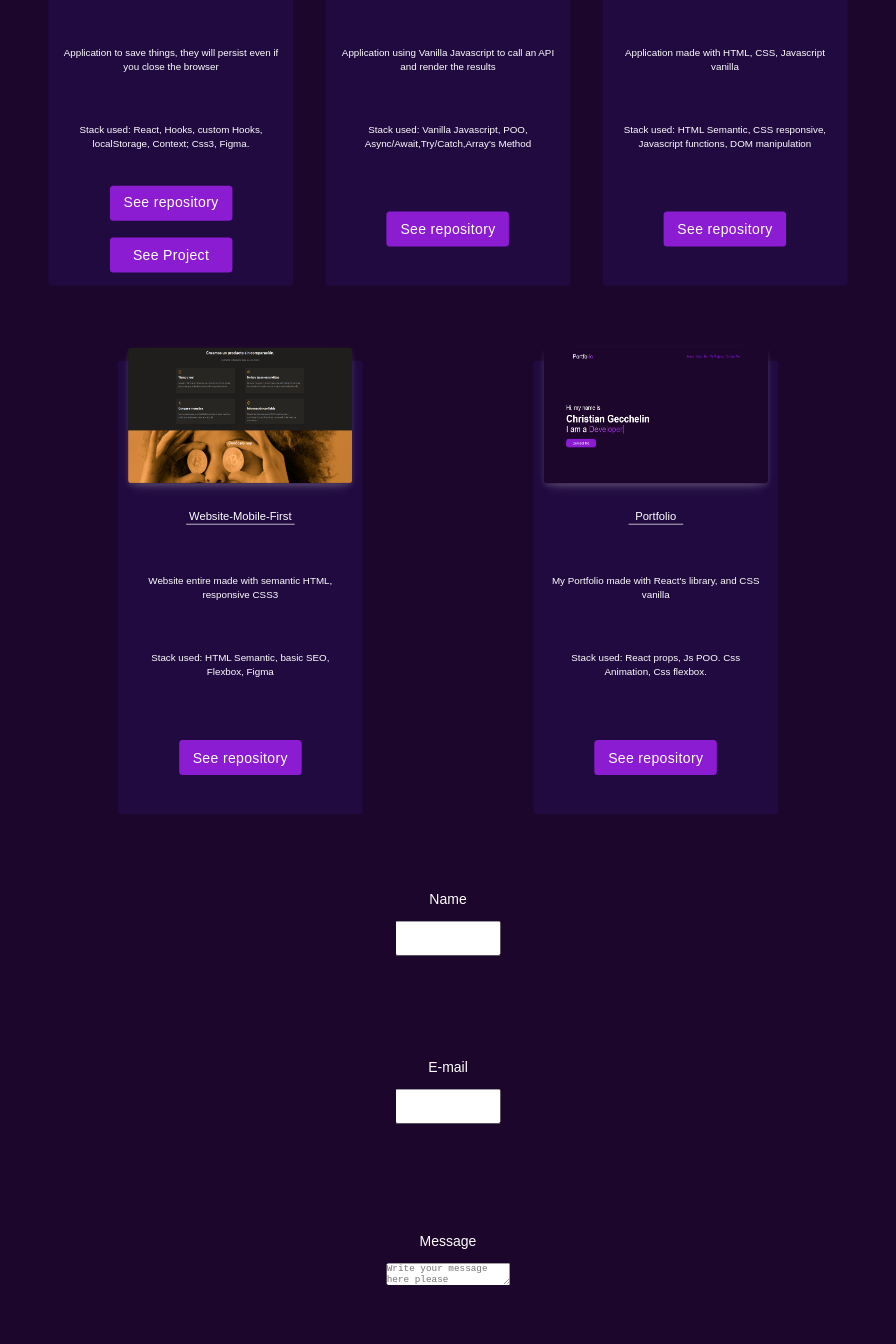
Repository: ChristianGecchelin/portfolio-web
Page: /
The author's editor kept a copy of each file at every save. The page is drawn from the files as they stood at one save, then again after the next save.
The browser window is 1280 px wide. The pictures show the part of the page from y = 1715 to 3635 px (the page is 3635 px tall), at 70% of full size.
The project was rebuilt for these pictures with package versions that can differ from the ones it lists, and the page was loaded fresh each time.

Above is the page before, as saved 2022-01-22 17:16:58.

### public/index.html
<!DOCTYPE html>
<html lang="en">
  <head>
    <meta charset="utf-8" />
    <link rel="icon" href="%PUBLIC_URL%/favicon.ico" />
    <meta name="viewport" content="width=device-width, initial-scale=1" />
    <meta name="theme-color" content="#000000" />
    <meta name="description" content="Portfolio Online Christian Gecchelin" />
    <link rel="apple-touch-icon" href="%PUBLIC_URL%/logo192.png" />

    <link rel="manifest" href="%PUBLIC_URL%/manifest.json" />

    <title>Portfolio Christian</title>
  </head>
  <body>
    <noscript>You need to enable JavaScript to run this app.</noscript>
    <div id="root"></div>
  </body>
</html>

### src/index.js
import React from "react";
import ReactDOM from "react-dom";

import App from "./App/index";
import "./index.css";
ReactDOM.render(<App />, document.getElementById("root"));

### src/App/index.js
import { AppUI } from "./AppUI";
import "./App.css";

function App() {
  return <AppUI></AppUI>;
}

export default App;

### src/index.css
* {
  box-sizing: border-box;
  margin: 0;
  padding: 0;
}
html {
  font-size: 62.5%;
  font-family: "DM Sans", sans-serif;
}
body {
  background: #1d062b;
  width: 100%;
  height: 100vh;
}

### src/App/AppUI.js
import React from "react";
import { Header } from "../Header/Index.js";
import { Home } from "../Home/Index.js";
import { AboutMe } from "../AboutMe/index.js";
import { MyProjects } from "../MyProjects/index.js";
import { ContactMe } from "../ContactMe/index.js";
import "./App.css";

function AppUI() {
  return (
    <>
      <Header />
      <Home />
      <AboutMe />
      <MyProjects />
      <ContactMe />
    </>
  );
}
export { AppUI };

### src/Header/Index.js
import React from "react";
import { NavBar } from "./NavBar";
import "./header.css";

function Header() {
  return (
    <header>
      <h1>
        Portfo<span>lio.</span>
      </h1>
      <NavBar />
    </header>
  );
}
export { Header };

### src/Home/Index.js
import React from "react";
import "./Home.css";
function Home() {
  return (
    <section className="Home-container">
      <div className="text-container">
        <p className="first-lineText">Hi, my name is</p>
        <p className="principal-lineText">Christian Gecchelin</p>
        <p className="secondary-lineText">I am a</p>
        <div className="span-container">
          <span data-text="Developer">Developer </span>
        </div>
      </div>
      <button type="button" className="contact-button">
        Contact Me
      </button>
    </section>
  );
}
export { Home };

### src/AboutMe/index.js
import React from "react";
import "./AboutMe.css";
import profile from "../Assets/profile.jpg";
function AboutMe() {
  return (
    <section className="AboutMe-container">
      <div className="image-container">
        <img
          className="image"
          src={profile}
          alt="Christian Gecchelin"
          title="Christian Gecchelin"
        ></img>
      </div>
      <div className="information-container">
        <p className="">
          Hi I'm Christian, I am a <b>ReactJs</b> junior developer. You can see
          all my projects in the next slide. I have project based on frontEnd
          technologies like HTML5, CSS3, vanilla JavaScript and also ReactJs.
          I'm looking for my first professional experience as an employee.
        </p>
        <button>Curriculum</button>
      </div>
    </section>
  );
}
export { AboutMe };

### src/MyProjects/index.js
import React from "react";
import ToDoApp from "../Assets/to-do-app.png";
import Rick from "../Assets/rick.png";
import Calculator from "../Assets/calculator.png";
import Mobile from "../Assets/mobile.png";
import Portfolio from "../Assets/portfolio.png";
import "./MyProjects.css";
function MyProjects() {
  return (
    <section className="project-section">
      <div className="vh-container">
        <div className="project-card">
          <img
            className="card-image"
            src={ToDoApp}
            alt="ToDoAppImage"
            title="ToDoAppImage"
          ></img>
          <div className="card-text-container">
            <h3 className="card-title">To-Do-App</h3>
            <p className="card-text">
              Application to save things, they will persist even if you close
              the browser
            </p>
            <p className="card-text">
              Stack used: React, Hooks, custom Hooks, localStorage, Context;
              Css3, Figma.
            </p>
          </div>
          <div className="button-container">
            <button>See repository</button>
            <button>See Project</button>
            {/* Crear componentes botones */}
          </div>
        </div>
      </div>
      <div className="vh-container">
        <div className="project-card">
          <img
            className="card-image"
            src={Rick}
            alt="ToDoAppImage"
            title="ToDoAppImage"
          ></img>
          <div className="card-text-container">
            <h3 className="card-title xl">Rick And Morty</h3>
            <p className="card-text">
              Application using Vanilla Javascript to call an API and render the
              results
            </p>
            <p className="card-text">
              Stack used: Vanilla Javascript, POO, Async/Await,Try/Catch,Array's
              Method
            </p>
          </div>
          <div className="button-container">
            <button>See repository</button>
            {/* Crear componentes botones */}
          </div>
        </div>
      </div>
      <div className="vh-container">
        <div className="project-card">
          <img
            className="card-image"
            src={Calculator}
            alt="ToDoAppImage"
            title="ToDoAppImage"
          ></img>
          <div className="card-text-container">
            <h3 className="card-title">Calculator</h3>
            <p className="card-text">
              Application made with HTML, CSS, Javascript vanilla
            </p>
            <p className="card-text">
              Stack used: HTML Semantic, CSS responsive, Javascript functions,
              DOM manipulation
            </p>
          </div>
          <div className="button-container">
            <button>See repository</button>
            {/* Crear componentes botones */}
          </div>
        </div>
      </div>
      <div className="vh-container">
        <div className="project-card">
          <img
            className="card-image"
            src={Mobile}
            alt="ToDoAppImage"
            title="ToDoAppImage"
          ></img>
          <div className="card-text-container">
            <h3 className="card-title xl">Website-Mobile-First</h3>
            <p className="card-text">
              Website entire made with semantic HTML, responsive CSS3
            </p>
            <p className="card-text">
              Stack used: HTML Semantic, basic SEO, Flexbox, Figma
            </p>
          </div>
          <div className="button-container">
            <button>See repository</button>
            {/* Crear componentes botones */}
          </div>
        </div>
      </div>
      <div className="vh-container">
        <div className="project-card">
          <img
            className="card-image"
            src={Portfolio}
            alt="Portfolio"
            title="Portfolio"
          ></img>
          <div className="card-text-container">
            <h3 className="card-title">Portfolio</h3>
            <p className="card-text">
              My Portfolio made with React's library, and CSS vanilla
            </p>
            <p className="card-text">
              Stack used: React props, Js POO. Css Animation, Css flexbox.
            </p>
          </div>
          <div className="button-container">
            <button>See repository</button>
            {/* Crear componentes botones */}
          </div>
        </div>
      </div>
    </section>
  );
}
export { MyProjects };

### src/ContactMe/index.js
import React from "react";
import "./ContactMe.css";
function ContactMe() {
  return (
    <section className="ContactMe-container">
      <div className="form-container">
        <form>
          <div className="form-section-container">
            <label>Name</label>
            <input type={"text"}></input>
          </div>
          <div className="form-section-container">
            <label>E-mail</label>
            <input type={"email"}></input>
          </div>
          <div className="form-section-container">
            <label>Message</label>
            <textarea placeholder="Write your message here please"></textarea>
          </div>
        </form>
      </div>
      <div className="socialNetwork-container">
        <div className="card-container">
          <img></img>
        </div>
        <div className="card-container">
          <img></img>
        </div>
        <div className="card-container">
          <img></img>
        </div>
      </div>
    </section>
  );
}
export { ContactMe };

### src/Header/NavBar/index.js
import React from "react";
import { MobileNavigation } from "./MobileNavigation";
import { Navigation } from "./Navigation";
import "./NavBar.css";
function NavBar() {
  return (
    <div className="NavBar">
      <MobileNavigation />
      <Navigation />
    </div>
  );
}
export { NavBar };

### src/Header/header.css
header {
  display: flex;
  flex-direction: row;
  justify-content: space-around;
  align-items: center;
  gap: 5%;
  width: 100%;
  height: 15vh;
}
header h1 {
  margin: 0;
  width: 20%;
  min-width: 200px;
  font-size: 3.5rem;
  letter-spacing: 1px;
  font-weight: 500;
  color: #fff;
}
header h1 span {
  background: linear-gradient(147deg, #ce93d8 0%, #8c1cd1 74%);
  background-clip: text;
  color: transparent;
  font-weight: 500;
}
@media (max-width: 750px) {
  header {
    justify-content: center;
    gap: 0;
  }
}

### src/Home/Home.css
.Home-container {
  position: relative;
  display: flex;
  flex-direction: column;
  justify-content: center;
  align-items: flex-start;
  width: 80%;
  min-width: 280px;
  height: 85vh;
  margin: 0 auto;
  gap: 30px;
}
.Home-container .text-container {
  display: flex;
  flex-direction: row;
  align-items: flex-start;
  flex-wrap: wrap;
  width: 100%;
  height: auto;
  text-align: left;
}
.Home-container .text-container .first-lineText {
  width: 100%;
  font-size: 3.5rem;
  font-weight: 500;
  line-height: 6rem;
  color: #fff;
}
.Home-container .text-container .principal-lineText {
  width: 100%;
  font-size: 6rem;
  font-weight: 700;
  color: #fff;
}
.Home-container .text-container .secondary-lineText {
  font-size: 5rem;
  font-weight: 500;
  color: #fff;
  line-height: 5.2rem;
}
.span-container {
  position: relative;
  display: inline-block;
  margin-left: 15px;
  height: 52px;
}
.Home-container .text-container span {
  /* color: #1d062b;
  -webkit-text-stroke: 0.3vw yellow; */
  font-size: 5rem;
  font-weight: 500;
  line-height: 5.2rem;
  color: #1d062b;
}
.Home-container .text-container span::before {
  content: attr(data-text);
  position: absolute;
  top: 0;
  left: 0px;
  width: 0;
  height: 100%;
  padding-right: 3.9px;
  background: linear-gradient(147deg, #ce93d8 0%, #8c1cd1 74%);
  background-clip: text;
  color: transparent;
  border-right: 5px solid #8c1cd1;
  overflow: hidden;
  animation: animate 6s linear infinite;
}
.Home-container .contact-button {
  outline: none;
  width: 200px;
  height: 50px;
  background: #8c1cd1;
  border: none;
  border-radius: 15px;
  color: white;
  font-size: 2rem;
  letter-spacing: 1px;
  cursor: pointer;
}
@keyframes animate {
  0%,
  10%,
  100% {
    width: 0%;
  }
  70%,
  90% {
    width: 100%;
  }
}
@media (max-width: 769px) {
  .Home-container {
    align-items: center;
  }
  .Home-container .text-container {
    justify-content: center;
    text-align: center;
    align-items: center;
  }
}

### src/AboutMe/AboutMe.css
.AboutMe-container {
  display: flex;
  flex-direction: row;
  justify-content: center;
  align-items: center;
  flex-wrap: wrap;
  width: 90%;
  min-width: 300px;
  height: 100vh;
  margin: 0 auto;
}
.AboutMe-container .image-container {
  width: 50%;
  height: 50%;
  min-width: 320px;
}
.AboutMe-container .image-container .image {
  object-fit: cover;
  width: 100%;
  height: 100%;
}
.AboutMe-container .information-container {
  display: flex;
  flex-direction: column;
  justify-content: center;
  align-items: center;
  width: 50%;
  height: 50%;
  min-width: 320px;
  text-align: justify;
  gap: 30px;
}
.AboutMe-container .information-container p {
  font-size: 1.6rem;
  line-height: 2.2rem;
  font-weight: 400;
  color: #fff;
}
.AboutMe-container .information-container button {
  width: 200px;
  height: 50px;
  background: #8c1cd1;
  border: none;
  border-radius: 15px;
  color: white;
  font-size: 2rem;
  letter-spacing: 1px;
  cursor: pointer;
  margin: 0 auto;
}
@media (min-width: 700px) {
  .AboutMe-container {
    gap: 20px;
    flex-wrap: nowrap;
  }
  .AboutMe-container .image-container {
    width: 45%;
    height: 100%;
  }
  .AboutMe-container .information-container {
    height: 100%;
  }
}

### src/MyProjects/MyProjects.css
.project-section {
  display: flex;
  flex-direction: row;
  flex-wrap: wrap;
  align-items: center;
  justify-content: center;
  height: auto;
  min-width: 320px;
  margin: 0 auto;
}
.project-section .vh-container {
  display: flex;
  flex-direction: row;
  flex-wrap: wrap;
  align-items: center;
  justify-content: center;
  height: 100vh;
  min-width: 320px;
  margin: 0 auto;
}
.project-section .vh-container .project-card {
  position: relative;
  display: flex;
  flex-direction: column;
  justify-content: flex-start;
  align-items: center;
  max-width: 350px;
  min-width: 320px;
  height: 100vh;
  background: rgba(49, 27, 146, 0.2);
  text-align: center;
  gap: 5%;
}
.project-section .vh-container .project-card .card-image {
  width: 320px;
  height: 30%;
  object-fit: fill;
  box-shadow: 0px 8px 18px -9px rgba(255, 255, 255, 0.3),
    0px 4px 8px rgba(255, 255, 255, 0.1);
}
.project-section .vh-container .project-card .card-text-container {
  display: flex;
  flex-direction: column;
  align-items: center;
  justify-content: center;
  gap: 70px;
  height: 35%;
}
.project-section .vh-container .project-card .card-text-container .card-title {
  width: 25%;
  margin: 0 auto;
  font-size: 1.6rem;
  line-height: 2rem;
  font-weight: 500;
  color: #fff;
  border-bottom: 1px solid white;
}
.project-section .vh-container .project-card .card-text-container .xl {
  width: 50%;
}
.project-section .vh-container .project-card .card-text-container .card-text {
  font-size: 1.4rem;
  line-height: 2rem;
  font-weight: 400;
  color: #fff;
}

.project-section .vh-container .project-card .button-container {
  display: flex;
  flex-direction: column;
  align-items: center;
  justify-content: center;
  width: 100%;
  height: 25%;
  gap: 15%;
}
.project-section .vh-container .project-card .button-container button {
  height: 50px;
  width: 50%;
  min-width: 175px;
  padding: 5px 10px;
  outline: none;
  border: none;
  border-radius: 5px;
  color: #fff;
  background: #8c1cd1;
  font-size: 2rem;
  letter-spacing: 0.5px;
  cursor: pointer;
}
@media (min-width: 700px) {
  .project-section {
    justify-content: space-around;
    width: 90%;
    gap: 35px;
  }
  .project-section .vh-container .project-card {
    height: 90%;
    position: relative;
    justify-content: flex-end;
    border-radius: 5px;
  }
  .project-section .vh-container .project-card .card-image {
    position: absolute;
    top: calc(-3%);
    border-radius: 5px;
  }
  .project-section .vh-container .project-card .card-text-container {
    height: 241px;
    padding: 0 20px;
  }
}

### src/ContactMe/ContactMe.css
.ContactMe-container {
  display: flex;
  flex-direction: row;
  flex-wrap: wrap;
  align-items: center;
  justify-content: center;
  height: 100vh;
  width: 100%;
  min-width: 320px;
}
.ContactMe-container .form-container {
  height: 100vh;
  min-width: 320px;
  width: 45%;
  text-align: center;
}
.ContactMe-container .form-container form {
  display: flex;
  flex-direction: column;
  align-items: center;
  justify-content: space-around;
  width: 100%;
  height: 100%;
}
.ContactMe-container .form-container form .form-section-container {
  display: flex;
  flex-direction: column;
  align-items: center;
  justify-content: center;
  width: 70%;
  height: 25%;
  gap: 20px;
}
.ContactMe-container .form-container form label {
  color: #fff;
  font-size: 2rem;
  line-height: 2.2rem;
}
.ContactMe-container .form-container form input {
  height: 50px;
  width: 150px;
}

### src/Header/NavBar/MobileNavigation.js
import React, { useState } from "react";
import "./NavBar.css";
import { NavLinks } from "./NavLinks";
import { TiThMenu } from "react-icons/ti";
function MobileNavigation() {
  const [open, setOpen] = useState(false);
  const closeMobileMenu = () => setOpen(false);
  return (
    <nav className="MobileNavigation">
      <TiThMenu className="hamburguer" onClick={() => setOpen(!open)} />
      {open && <NavLinks isMobile={true} closeMobileMenu={closeMobileMenu} />}
    </nav>
  );
}
export { MobileNavigation };

### src/Header/NavBar/Navigation.js
import React from "react";
import "./NavBar.css";
import { NavLinks } from "./NavLinks";
function Navigation() {
  return (
    <nav className="Navigation">
      <NavLinks />
    </nav>
  );
}
export { Navigation };

### src/Header/NavBar/NavBar.css
.NavBar .MobileNavigation {
  display: none;
}
.NavBar .Navigation {
  display: flex;
  align-items: center;
}
.NavBar nav ul {
  display: flex;
  flex-direction: row;
  justify-content: flex-end;
  gap: 15px;
  text-align: center;
  list-style: none;
}
.NavBar nav ul li a {
  font-size: 1.8rem;
  font-weight: 500;
  line-height: 2rem;
  text-decoration: none;
  color: #8c1cd1;
}
a:visited {
  color: #8c1cd1;
}
.NavBar nav ul li a:hover {
  color: #fff;
}
@media (max-width: 750px) {
  .NavBar .Navigation {
    display: none;
  }
  .NavBar .MobileNavigation {
    display: flex;
    align-items: center;
  }
  .NavBar .MobileNavigation .hamburguer {
    position: absolute;
    color: #fff;
    height: 2rem;
    width: 2rem;
    cursor: pointer;
    z-index: 2;
  }
  .NavBar nav ul {
    display: flex;
    flex-direction: column;
    justify-content: center;
    gap: 10px;
    position: absolute;
    margin: 0;
    top: 0;
    right: 0;
    width: 100%;
    height: 100vh;
    background: rgba(0, 0, 0, 0.95);
    text-align: center;
    z-index: 1;
  }
  .NavBar nav ul li a {
    font-size: 2.4rem;
    font-weight: 500;
    line-height: 2.5rem;
    text-decoration: none;
    letter-spacing: 1px;
  }
  a:visited {
    color: #8c1cd1;
  }
}

### src/Header/NavBar/NavLinks.js
import React from "react";
import "./NavBar.css";
import { motion } from "framer-motion";
function NavLinks(props) {
  const animateFrom = { opacity: 0, y: -40 };
  const animateTo = { opacity: 1, y: 0 };
  return (
    <ul>
      <motion.li
        initial={animateFrom}
        animate={animateTo}
        transition={{ delay: 0.05 }}
        onClick={() => props.isMobile && props.closeMobileMenu()}
      >
        <a href="#home">Home</a>
      </motion.li>
      <motion.li
        initial={animateFrom}
        animate={animateTo}
        transition={{ delay: 0.1 }}
        onClick={() => props.isMobile && props.closeMobileMenu()}
      >
        <a href="#aboutMe">About Me</a>
      </motion.li>
      <motion.li
        initial={animateFrom}
        animate={animateTo}
        transition={{ delay: 0.2 }}
        onClick={() => props.isMobile && props.closeMobileMenu()}
      >
        <a href="#myProjects">My Projects</a>
      </motion.li>
      <motion.li
        initial={animateFrom}
        animate={animateTo}
        transition={{ delay: 0.3 }}
        onClick={() => props.isMobile && props.closeMobileMenu()}
      >
        <a href="#contactMe">Contact Me</a>
      </motion.li>
    </ul>
  );
}
export { NavLinks };

Loaded but not shown: src/App/App.css (common file)

After the next save:
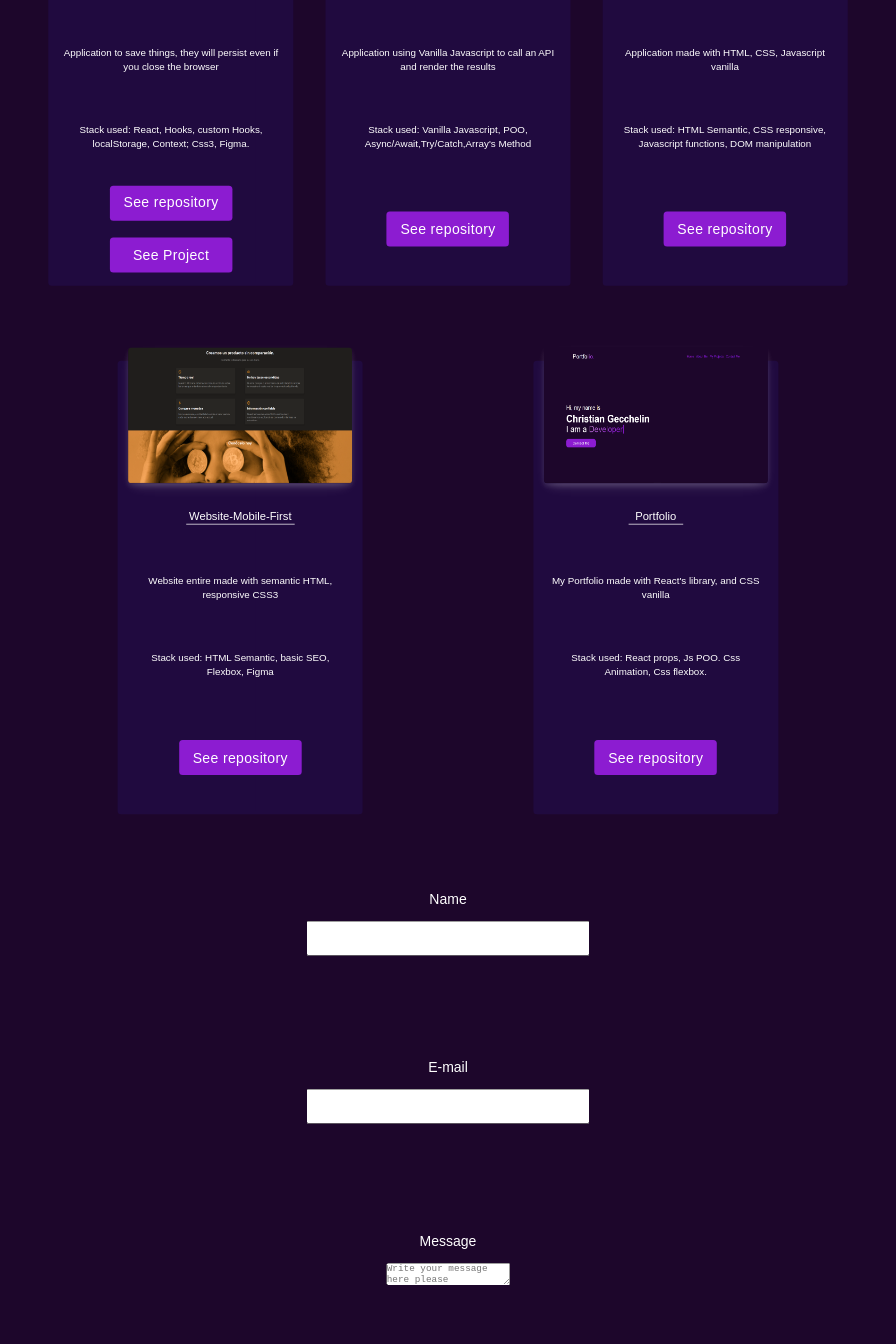
Saved 12 s later.
--- a/src/ContactMe/ContactMe.css
+++ b/src/ContactMe/ContactMe.css
@@ -38,5 +38,5 @@
 }
 .ContactMe-container .form-container form input {
   height: 50px;
-  width: 150px;
+  width: 100%;
 }
